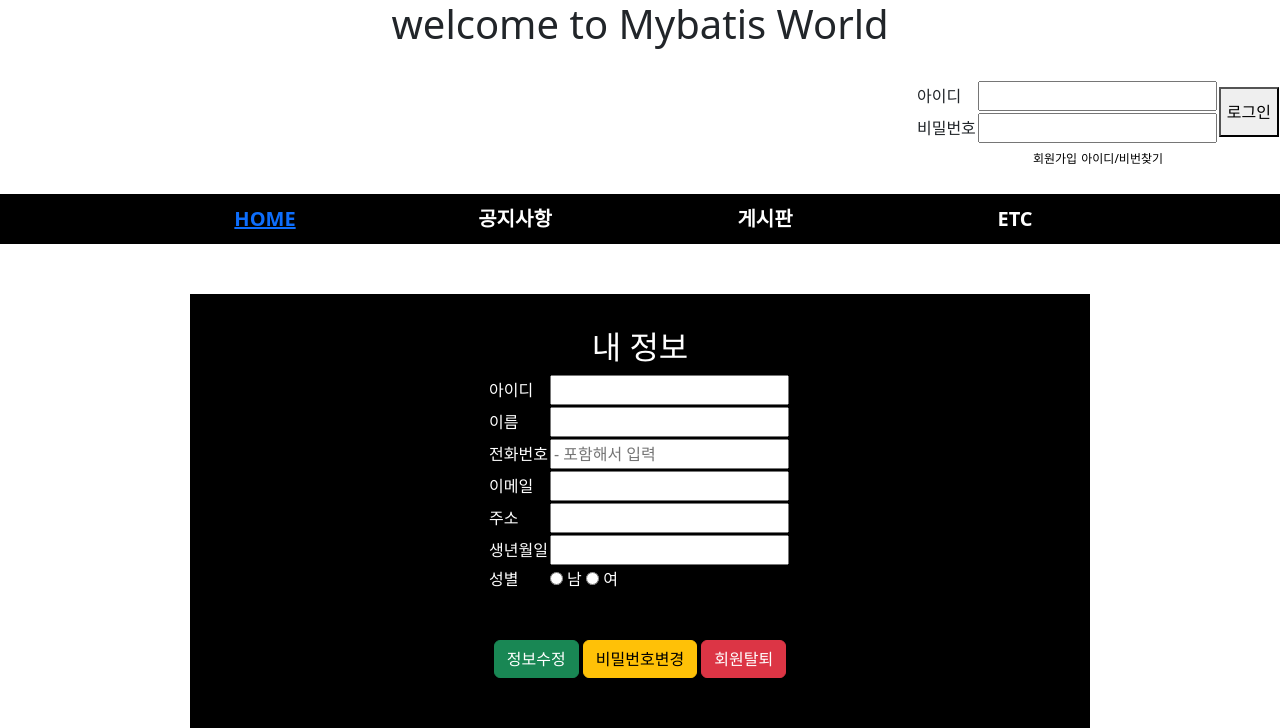
Repository: jchxnee/Juchan
Page: http://localhost/mybatisProject/views/member/myPage.jsp
An editor plug-in stored every save of this project. The page is shown before and after a run of saves, followed by the edit.
The browser window is 1280 px wide. The pictures show the whole page.
The page is served by Tomcat 10.

Above is the page before, as saved 2025-03-06 06:32:41.

After the next 2 saves:
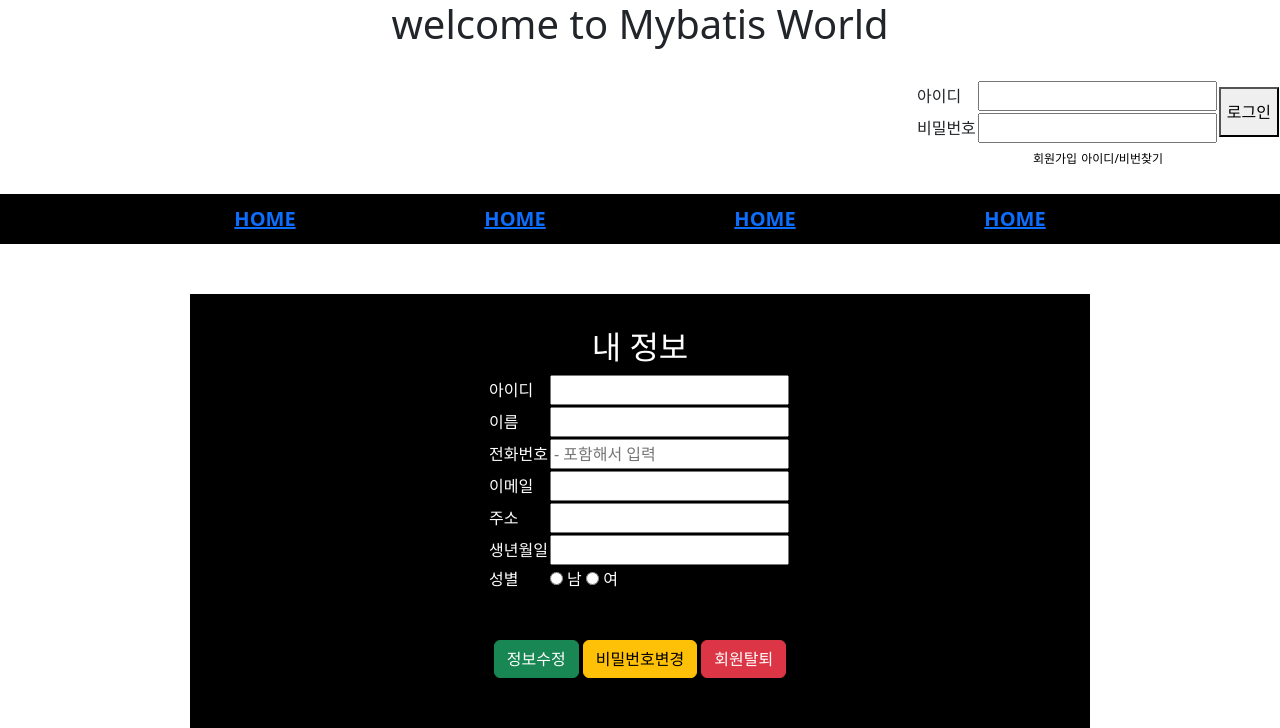
The 2 saves are shown as one change because they came seconds apart.
The last was saved 19 s later.
--- a/08_MyBatis/mybatisProject/src/main/webapp/views/common/menubar.jsp
+++ b/08_MyBatis/mybatisProject/src/main/webapp/views/common/menubar.jsp
@@ -101,9 +101,12 @@
         <div class="menu">
         <a href="${pageContext.request.contextPath}">HOME</a>
         </div>
-        <div class="menu">공지사항</div>
-        <div class="menu">게시판</div>
-        <div class="menu">ETC</div>
+        <div class="menu">
+		<a href="${pageContext.request.contextPath}">HOME</a></div>
+        <div class="menu">
+        <a href="${pageContext.request.contextPath}">HOME</a></div>
+        <div class="menu">
+        <a href="${pageContext.request.contextPath}">HOME</a></div>
     </div>
 </body>
 </html>
